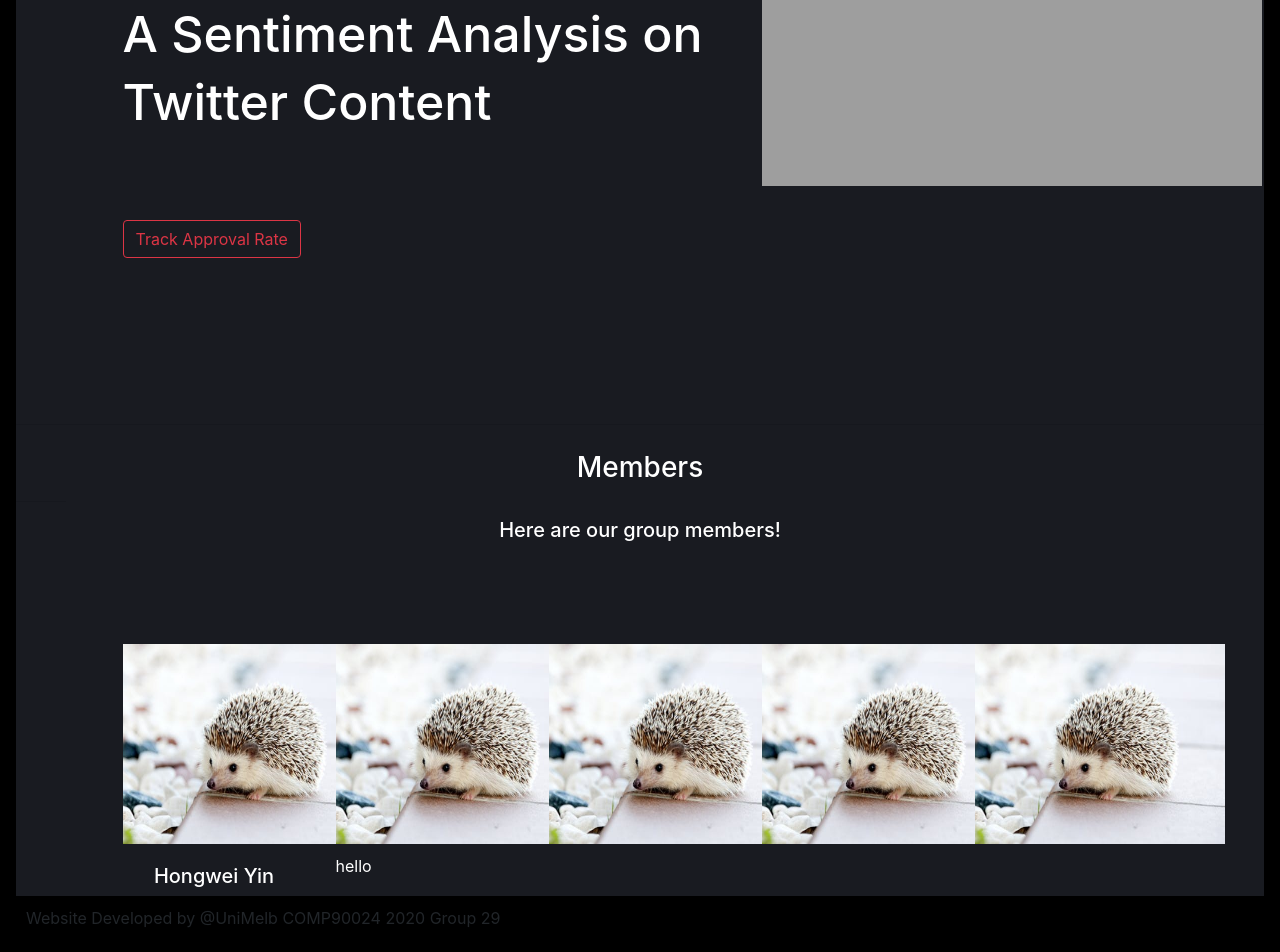
Repository: gusyi/COMP90024_Team29
Page: frontend/templates/frontend/home.html
The author's editor kept a copy of each file at every save. The page is drawn from the files as they stood at one save, then again after the next save.
The browser window is 1280 px wide. The pictures show the part of the page from y = 493 to 1445 px (the page is 1445 px tall).
Pictures or frames that could not be fetched are drawn as grey boxes. Some web libraries are served in a nearby version. The template is drawn by Django 3.2. The application's start-up code is not run. The template is opened directly, without the code that normally fills it, so the values that code supplies are empty.

Above is the page before, as saved 2020-05-25 23:38:54.

After the next save:
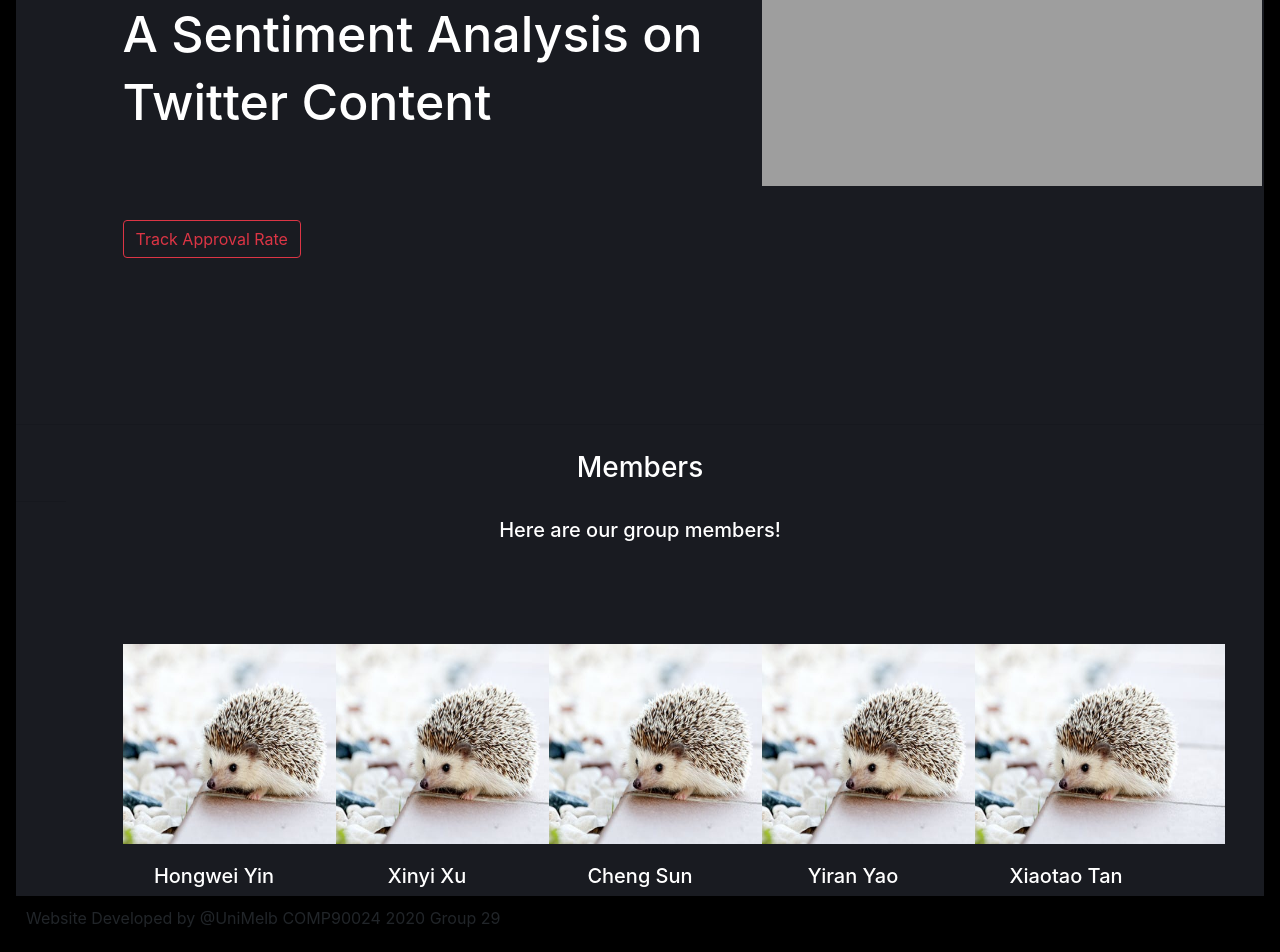
Saved 97 s later.
--- a/backend/frontend/templates/frontend/home.html
+++ b/backend/frontend/templates/frontend/home.html
@@ -60,8 +60,9 @@
             <div style="height: 50px"></div>
             {% load static %}
             <img src="{% static 'frontend/images/pic1.jpeg' %}" width="250" height="200"/>
-            <div style="height: 10px"></div>
-            <p style="color:white;"> hello</p>
+            <div style="height: 20px"></div>
+
+            <h5 style="text-align: center;color:white;">Xinyi Xu</h5>
 
 
         </div>
@@ -70,6 +71,9 @@
             <div style="height: 50px"></div>
             {% load static %}
             <img src="{% static 'frontend/images/pic1.jpeg' %}" width="250" height="200"/>
+            <div style="height: 20px"></div>
+
+            <h5 style="text-align: center;color:white;">Cheng Sun</h5>
 
 
         </div>
@@ -78,6 +82,9 @@
             <div style="height: 50px"></div>
             {% load static %}
             <img src="{% static 'frontend/images/pic1.jpeg' %}" width="250" height="200"/>
+            <div style="height: 20px"></div>
+
+            <h5 style="text-align: center;color:white;">Yiran Yao</h5>
 
 
         </div>
@@ -86,6 +93,9 @@
             <div style="height: 50px"></div>
             {% load static %}
             <img src="{% static 'frontend/images/pic1.jpeg' %}" width="250" height="200"/>
+            <div style="height: 20px"></div>
+
+            <h5 style="text-align: center;color:white;">Xiaotao Tan</h5>
 
 
         </div>
